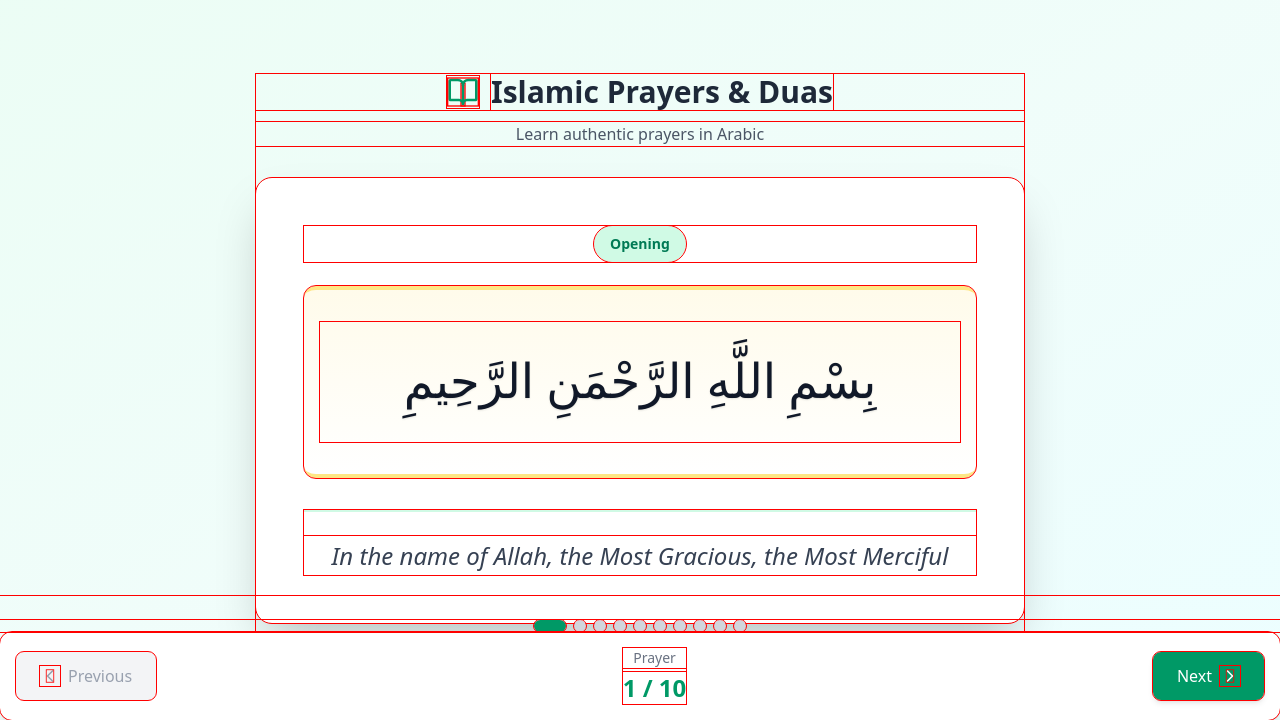
Repository: AbdulquddusMuhammad/prayerApp2.0
Page: /
The author's editor kept a copy of each file at every save. The page is drawn from the files as they stood at one save, then again after the next save.
The browser window is 1280 px wide. The pictures show the whole page.
Some web fonts or font styles are not loaded; a fallback is used. The project was rebuilt for these pictures with package versions that can differ from the ones it lists, and the page was loaded fresh each time. Also part of the build but not shown: vite.config.js.

Above is the page before, as saved 2026-01-18 09:19:54.

### index.html
<!DOCTYPE html>
<html lang="en">
  <head>
    <meta charset="UTF-8" />
    <link rel="icon" type="image/sng" href="/prayerAppLogo.png" />
    <meta name="viewport" content="width=device-width, initial-scale=1.0" />
    <title>prayerapp2-0</title>
  </head>
  <body>
    <div id="root"></div>
    <script type="module" src="/src/main.jsx"></script>
  </body>
</html>

### src/main.jsx
import { registerSW } from "virtual:pwa-register";
import { StrictMode } from "react";
import { createRoot } from "react-dom/client";
import "./index.css";
import App from "./App.jsx";

createRoot(document.getElementById("root")).render(
  <StrictMode>
    <App />
  </StrictMode>
);

registerSW({
  onNeedRefresh() {},
  onOfflineReady() {},
});

### src/index.css
@import "tailwindcss";

* {
  outline: 1px solid red;
}

### src/App.jsx
import React, { useState } from "react";
import { ChevronLeft, ChevronRight, BookOpen } from "lucide-react";

const App = () => {
  // Load Quran-style Arabic fonts
  React.useEffect(() => {
    const link = document.createElement("link");
    link.href = "https://fonts.googleapis.com/css2?family=Amiri+Quran&family=Scheherazade+New:wght@400;700&display=swap";
    link.rel = "stylesheet";
    document.head.appendChild(link);
  }, []);
  // Arabic prayers and phrases stored in JavaScript object
  const prayersData = {
    prayers: [
      {
        id: 1,
        arabic: "بِسْمِ اللَّهِ الرَّحْمَنِ الرَّحِيمِ",
        translation: "In the name of Allah, the Most Gracious, the Most Merciful",
        category: "Opening",
      },
      {
        id: 2,
        arabic: "الْحَمْدُ لِلَّهِ رَبِّ الْعَالَمِينَ",
        translation: "All praise is due to Allah, Lord of all the worlds",
        category: "Praise",
      },
      {
        id: 3,
        arabic: "اللَّهُمَّ صَلِّ عَلَى مُحَمَّدٍ وَعَلَى آلِ مُحَمَّدٍ",
        translation: "O Allah, send blessings upon Muhammad and the family of Muhammad",
        category: "Salawat",
      },
      {
        id: 4,
        arabic: "سُبْحَانَ اللَّهِ وَالْحَمْدُ لِلَّهِ وَلَا إِلَهَ إِلَّا اللَّهُ وَاللَّهُ أَكْبَرُ",
        translation: "Glory be to Allah, and praise be to Allah, and there is no god but Allah, and Allah is the Greatest",
        category: "Dhikr",
      },
      {
        id: 5,
        arabic: "رَبَّنَا آتِنَا فِي الدُّنْيَا حَسَنَةً وَفِي الْآخِرَةِ حَسَنَةً وَقِنَا عَذَابَ النَّارِ",
        translation: "Our Lord, give us good in this world and good in the Hereafter, and protect us from the punishment of the Fire",
        category: "Dua",
      },
      {
        id: 6,
        arabic: "اللَّهُمَّ إِنِّي أَسْأَلُكَ الْهُدَى وَالتُّقَى وَالْعَفَافَ وَالْغِنَى",
        translation: "O Allah, I ask You for guidance, piety, chastity, and self-sufficiency",
        category: "Dua",
      },
      {
        id: 7,
        arabic: "رَبِّ اشْرَحْ لِي صَدْرِي وَيَسِّرْ لِي أَمْرِي",
        translation: "My Lord, expand my chest and make my task easy for me",
        category: "Dua",
      },
      {
        id: 8,
        arabic: "لَا إِلَهَ إِلَّا أَنْتَ سُبْحَانَكَ إِنِّي كُنْتُ مِنَ الظَّالِمِينَ",
        translation: "There is no deity except You; exalted are You. Indeed, I have been of the wrongdoers",
        category: "Dua",
      },
      {
        id: 9,
        arabic: "اللَّهُمَّ إِنِّي أَعُوذُ بِكَ مِنَ الْهَمِّ وَالْحَزَنِ",
        translation: "O Allah, I seek refuge in You from anxiety and grief",
        category: "Protection",
      },
      {
        id: 10,
        arabic: "حَسْبُنَا اللَّهُ وَنِعْمَ الْوَكِيلُ",
        translation: "Allah is sufficient for us, and He is the best Disposer of affairs",
        category: "Trust in Allah",
      },
    ],
  };

  const [currentIndex, setCurrentIndex] = useState(0);
  const currentPrayer = prayersData.prayers[currentIndex];

  const goToNext = () => {
    setCurrentIndex((prev) => (prev < prayersData.prayers.length - 1 ? prev + 1 : prev));
  };

  const goToPrevious = () => {
    setCurrentIndex((prev) => (prev > 0 ? prev - 1 : prev));
  };

  return (
    <div className="min-h-screen bg-gradient-to-br from-emerald-50 via-teal-50 to-cyan-50 flex items-center justify-center p-4">
      <div className="max-w-3xl w-full">
        {/* Header */}
        <div className="text-center mb-8">
          <div className="flex items-center justify-center gap-3 mb-3">
            <BookOpen className="w-8 h-8 text-emerald-600" />
            <h1 className="text-3xl font-bold text-gray-800">Islamic Prayers & Duas</h1>
          </div>
          <p className="text-gray-600">Learn authentic prayers in Arabic</p>
        </div>

        {/* Prayer Card */}
        <div className="bg-white rounded-2xl shadow-2xl p-8 md:p-12 mb-6">
          {/* Category Badge */}
          <div className="text-center mb-6">
            <span className="inline-block px-4 py-2 bg-emerald-100 text-emerald-700 text-sm font-semibold rounded-full">{currentPrayer.category}</span>
          </div>

          {/* Arabic Text - Quran Style */}
          <div className="mb-8 px-4 py-8 bg-gradient-to-b from-amber-50 to-transparent rounded-xl border-t-4 border-b-4 border-amber-200" dir="rtl">
            <p
              className="text-4xl md:text-5xl text-gray-900 leading-loose text-center"
              style={{
                fontFamily: "'Amiri Quran', 'Scheherazade New', 'Traditional Arabic', serif",
                lineHeight: "2.5",
                textShadow: "0 1px 2px rgba(0,0,0,0.1)",
              }}>
              {currentPrayer.arabic}
            </p>
          </div>

          {/* Translation */}
          <div className="border-t-2 border-emerald-100 pt-6">
            <p className="text-xl md:text-2xl text-gray-700 text-center italic leading-relaxed">{currentPrayer.translation}</p>
          </div>
        </div>

        <div className="fixed bottom-0 left-0 right-0">
          {/* Progress Dots */}
          <div className="flex justify-center gap-2 mt-6">
            {prayersData.prayers.map((_, index) => (
              <button key={index} onClick={() => setCurrentIndex(index)} className={`w-3 h-3 rounded-full transition-all ${index === currentIndex ? "bg-emerald-600 w-8" : "bg-gray-300 hover:bg-gray-400"}`} />
            ))}
          </div>
          {/* Navigation Controls */}
          <div className="flex items-center justify-between bg-white rounded-xl shadow-lg p-4">
            <button onClick={goToPrevious} disabled={currentIndex === 0} className={`flex items-center gap-2 px-6 py-3 rounded-lg font-medium transition-all ${currentIndex === 0 ? "bg-gray-100 text-gray-400 cursor-not-allowed" : "bg-emerald-600 text-white hover:bg-emerald-700 shadow-md"}`}>
              <ChevronLeft className="w-5 h-5" />
              Previous
            </button>

            <div className="text-center">
              <p className="text-sm text-gray-500 mb-1">Prayer</p>
              <p className="text-2xl font-bold text-emerald-600">
                {currentIndex + 1} / {prayersData.prayers.length}
              </p>
            </div>

            <button onClick={goToNext} disabled={currentIndex === prayersData.prayers.length - 1} className={`flex items-center gap-2 px-6 py-3 rounded-lg font-medium transition-all ${currentIndex === prayersData.prayers.length - 1 ? "bg-gray-100 text-gray-400 cursor-not-allowed" : "bg-emerald-600 text-white hover:bg-emerald-700 shadow-md"}`}>
              Next
              <ChevronRight className="w-5 h-5" />
            </button>
          </div>
        </div>
      </div>
    </div>
  );
};

export default App;

After the next save:
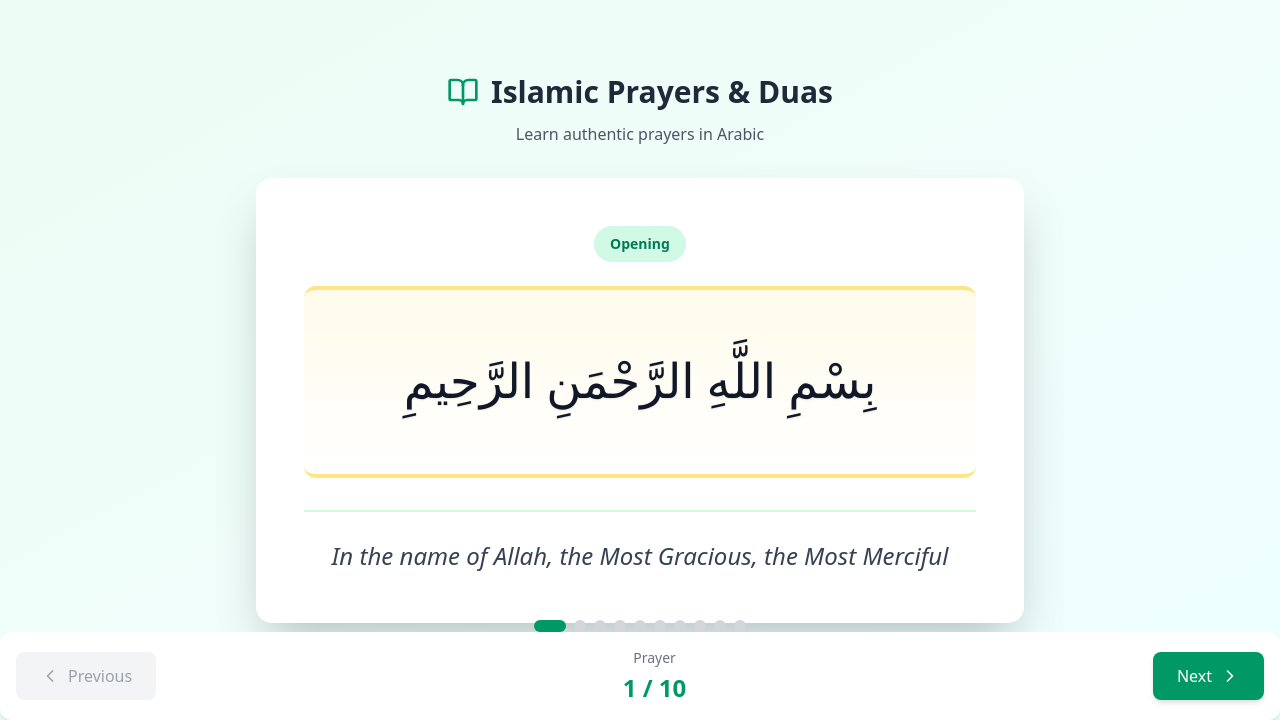
Saved 24 s later.
--- a/src/index.css
+++ b/src/index.css
@@ -1,5 +1,5 @@
 @import "tailwindcss";
 
 * {
-  outline: 1px solid red;
+  /* outline: 1px solid red; */
 }
